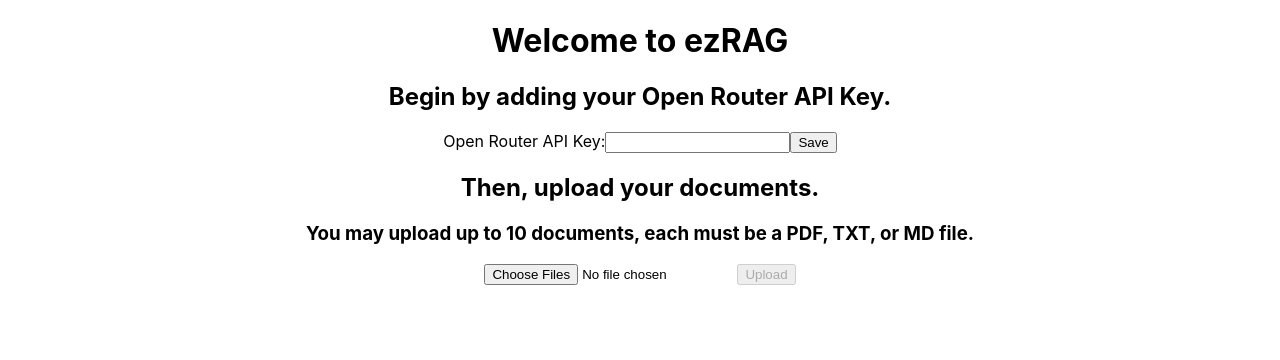
Repository: harrisonthayer04/ezRAG
Page: / (app in ez_rag/), after clicking the first element matching `button`
An editor plug-in stored every save of this project. The page is shown before and after a run of saves, followed by the edit.
The browser window is 1280 px wide. The pictures show the whole page.
The project was rebuilt for these pictures with package versions that can differ from the ones it lists, and the page was loaded fresh each time.

Above is the page before, as saved 2025-09-03 20:05:50.

### ez_rag/src/App.tsx
import React from 'react';
import logo from './logo.svg';
import './App.css';
import File_Upload from './components/File_Upload';
import Open_Router from './components/Open_Router';

function App() {
  return (
    <div className="App">
      <h1>Welcome to ezRAG</h1>
      <h2>Begin by adding your Open Router API Key.</h2>
      <Open_Router />

      <h2>Then, upload your documents.</h2>
      <h3>You may upload up to 10 documents, each must be a PDF, TXT, or MD file.</h3>
      <File_Upload />
    </div>
  );
}

export default App;

### ez_rag/src/components/File_Upload.tsx
import { useState } from 'react';

import { embedMany, loadEmbedder } from '../lib/embeddings';
import { chunkByChars } from '../lib/chunk';

export type StoredFileMetadata = {
  id: string;
  name: string;
  size: number;
  type: string;
  lastModified: number;
  text: string;
  error?: string;
};

type VectorRecord = {
  fileId: string;
  chunkIndex: number;
  text: string;
  vector: number[];
}

function makeId(){
  return Date.now().toString(36) + Math.random().toString(36).slice(2,8);
}

const File_Upload: React.FC = () => {
  const [selected, setSelected] = useState<FileList | null>(null);
  const [items, setItems] = useState<StoredFileMetadata[]>([]);
  const [vectors, setVectors] = useState<VectorRecord[]>([]);
  const [loading, setLoading] = useState(false);
  const [error, setError] = useState<string | null>(null);

  async function handleUpload() {
    if (!selected || selected.length === 0) return;
    setLoading(true);
    setError(null);

    try {
      const next: StoredFileMetadata[] = [];

      for (const file of Array.from(selected)) {
        const base = {
          id: makeId(),
          name: file.name,
          size: file.size,
          type: file.type || 'text/plain',
          lastModified: file.lastModified || Date.now(),
        };

        try {
          const lower = file.name.toLowerCase();
          const isTxtOrMd =
            file.type.startsWith('text/') || lower.endsWith('.txt') || lower.endsWith('.md');

          if (!isTxtOrMd) {
            next.push({ ...base, text: '', error: 'Only .txt and .md files are supported.' });
            continue;
          }

          const text = await file.text();
          next.push({ ...base, text });
        } catch (e: any) {
          next.push({ ...base, text: '', error: e?.message || String(e) });
        }
      }

      setItems(next);

      // ----- Build embeddings locally -----
      // Ensure the model is loaded (first call downloads weights, then cached).
      await loadEmbedder();

      // Chunk each successful file and collect all chunks
      const chunks: { fileId: string; chunkIndex: number; text: string }[] = [];
      for (const it of next) {
        if (it.error) continue;
        const parts = chunkByChars(it.text, 1800, 200); // tune sizes as you like
        parts.forEach((t, i) => {
          chunks.push({ fileId: it.id, chunkIndex: i, text: t });
        });
      }

      // Compute embeddings for all chunks
      const embs = await embedMany(chunks.map((c) => c.text));

      // Pair back results for display
      const recs: VectorRecord[] = embs.map((e, i) => ({
        ...chunks[i],
        vector: Array.from(e), // convert Float32Array -> number[] so we can stringify/display
      }));

      setVectors(recs);
    } catch (e: any) {
      setError(e?.message || String(e));
    } finally {
      setLoading(false);
    }
  }

  return (
    <div>
      <div>
        <input
          type="file"
          id="files"
          multiple
          accept=".txt,.md,text/plain,text/markdown"
          onChange={(e) => setSelected(e.target.files)}
        />
        <button onClick={handleUpload} disabled={loading || !selected || selected.length === 0}>
          {loading ? 'Processing…' : 'Upload'}
        </button>
      </div>

      {error && <p>{error}</p>}

      {/* File metadata + text */}
      <div>
        {items.map((it) => (
          <div key={it.id}>
            <div>
              <strong>{it.name}</strong>
            </div>
            <div>Size: {(it.size / 1024).toFixed(1)} KB</div>
            <div>Type: {it.type || 'unknown'}</div>
            <div>Last Modified: {new Date(it.lastModified).toLocaleString()}</div>
            {it.error ? (
              <div>Error: {it.error}</div>
            ) : (
              <pre style={{ whiteSpace: 'pre-wrap' }}>{it.text}</pre>
            )}
            <hr />
          </div>
        ))}
      </div>

      {/* Embeddings per file (chunked) */}
      {vectors.length > 0 && (
        <div>
          <h3>Embeddings</h3>
          {items.map((file) => {
            const rows = vectors.filter((v) => v.fileId === file.id);
            if (rows.length === 0) return null;
            return (
              <div key={`vec-${file.id}`}>
                <div>
                  <strong>{file.name}</strong> — {rows.length} chunk(s)
                </div>
                {rows.map((r) => (
                  <div key={`${r.fileId}-${r.chunkIndex}`}>
                    <div>
                      Chunk {r.chunkIndex} • dim {r.vector.length}
                    </div>
                    <pre style={{ whiteSpace: 'pre-wrap' }}>
                      {JSON.stringify(r.vector.slice(0, 8))}{r.vector.length > 8 ? ' …' : ''}
                    </pre>
                    <hr />
                  </div>
                ))}
              </div>
            );
          })}
        </div>
      )}
    </div>
  );
};

export default File_Upload

### ez_rag/src/components/Open_Router.tsx
import React from 'react'
import { useState } from 'react';



const Open_Router = () => {
  const [apiKey, setApiKey] = useState('');
  const [state, setState] = useState('idle');

  const handleSave = () => {
    localStorage.setItem('openRouterApiKey', apiKey);
    return (<div>
        <p>API Key saved</p>
        <button onClick={() => setState('idle')}>Close</button>
    </div>)
  }

  return (
    <div>
    <label htmlFor="Open Router API Key">Open Router API Key:
    <input type="text" value={apiKey} onChange={(e) => setApiKey(e.target.value)} />
    </label>
    <button onClick={handleSave}>Save</button>
    </div>
  )

}

export default Open_Router

### ez_rag/src/lib/embeddings.ts
import { pipeline, env } from "@xenova/transformers";

// Offline/local setup (served from CRA public/ as /models)
env.allowLocalModels = true;
env.allowRemoteModels = false;
env.localModelPath = '/models';

let extractorPromise: Promise<any> | null = null;

export function loadEmbedder(model = 'bge-small-en-v1.5'){
    if (!extractorPromise){
        extractorPromise = pipeline('feature-extraction', model, {
            quantized: true,
            local_files_only: true,
        });
    }
    return extractorPromise;
}

function toFloat32Array(out: any): Float32Array {
    if (out == null) throw new Error('Empty embedding output');

    // Transformers.js may return a Tensor-like object with .data
    if (out.data) {
        const d = out.data;
        return d instanceof Float32Array ? d : new Float32Array(d);
    }

    if (out instanceof Float32Array) return out;
    if (Array.isArray(out)) return new Float32Array(out);
    if (ArrayBuffer.isView(out)) {
        return new Float32Array(out.buffer, out.byteOffset, out.byteLength / Float32Array.BYTES_PER_ELEMENT);
    }

    throw new Error('Unexpected embedding output format');
}

export async function embedOne(text: string): Promise<Float32Array>{
    const extractor = await loadEmbedder();
    const out = await extractor(text, { pooling: 'mean', normalize: true });
    return toFloat32Array(out);
}

export async function embedMany(texts: string[]): Promise<Float32Array[]> {
    const extractor = await loadEmbedder();
    const results: Float32Array[] = [];
    for (const t of texts){
        const out = await extractor(t, { pooling: 'mean', normalize: true });
        results.push(toFloat32Array(out));
    }
    return results;
}

export function cosineSimilarity(a: Float32Array, b: Float32Array): number{
    let dot = 0, na = 0, nb = 0;
    for (let i = 0; i < a.length; i++){
        const ai = a[i], bi = b[i];
        dot += ai * bi; na += ai * ai; nb += bi * bi;
    }
    return dot / (Math.sqrt(na) * Math.sqrt(nb));
}

### ez_rag/src/lib/chunk.ts
export function chunkByChars(
    text: string,
    maxChars = 1800,
    overlap = 200
): string[]{
    const clean = text.replace(/\s+\n/g, '\n').trim();
    if (clean.length <= maxChars) return [clean];

    const chunks: string[] = [];
    let i = 0;
    while (i < clean.length){
        const end = Math.min(i + maxChars, clean.length);
        let slice = clean.slice(i, end);

        const lastStop = Math.max(
            slice.lastIndexOf(". "),
            slice.lastIndexOf("? "),
            slice.lastIndexOf("! "),
        );
        if (end < clean.length && lastStop > maxChars * 0.6){
            slice = slice.slice(0, lastStop + 1);
        }
        chunks.push(slice);
        if (end >= clean.length) break;
        i += Math.max(1, slice.length - overlap)
    }
    return chunks;
}

Loaded but not shown: ez_rag/public/index.html (common file); ez_rag/src/index.js (common file); ez_rag/src/index.css (common file); ez_rag/src/reportWebVitals.js (common file); ez_rag/src/App.css (common file)

After the next 7 saves:
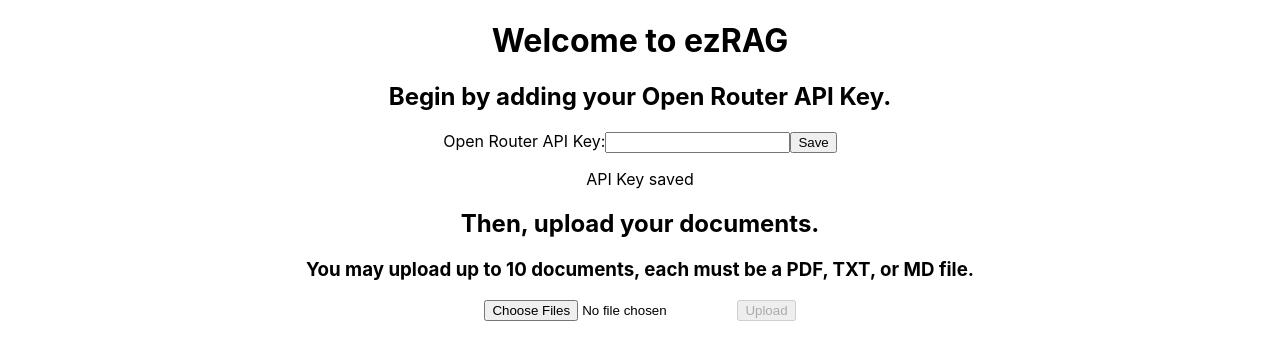
The 7 saves are shown as one change because 2 did not build or start and some came seconds apart.
The last was saved 26 s later.
--- a/ez_rag/src/components/Open_Router.tsx
+++ b/ez_rag/src/components/Open_Router.tsx
@@ -9,10 +9,7 @@ const Open_Router = () => {
 
   const handleSave = () => {
     localStorage.setItem('openRouterApiKey', apiKey);
-    return (<div>
-        <p>API Key saved</p>
-        <button onClick={() => setState('idle')}>Close</button>
-    </div>)
+    setState('saved');
   }
 
   return (
@@ -21,6 +18,7 @@ const Open_Router = () => {
     <input type="text" value={apiKey} onChange={(e) => setApiKey(e.target.value)} />
     </label>
     <button onClick={handleSave}>Save</button>
+    {state === 'saved' && <p>API Key saved</p>}
     </div>
   )
 
